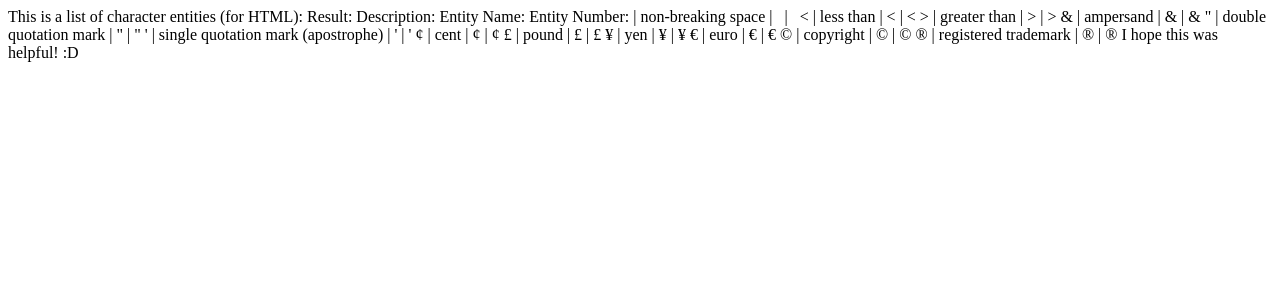
Repository: linas-dev/HTML-CSS-Projects
Page: Basic_HTML_and_CSS/Basic_HTML_5.html
These files come from the project's save history. The page is drawn as it stood at one moment and after the next save; the edit follows.
The browser window is 1280 px wide. The pictures show the whole page.

Above is the page before, as saved 2021-05-30 10:48:35.

### Basic_HTML_and_CSS/Basic_HTML_5.html
<!DOCTYPE html>
<html lang="en">
<head>
    <meta charset="UTF-8">
    <meta http-equiv="X-UA-Compatible" content="IE=edge">
    <meta name="viewport" content="width=device-width, initial-scale=1.0">
    <link rel="stylesheet" href="Basic_CSS_2.css">
    <title>Document</title>
</head>
<body>


    This is a list of character entities (for HTML):

Result:    Description:                         Entity Name:    Entity Number:
         | non-breaking space                 | &nbsp;        | &#160;
  <      | less than                          | &lt;          | &#60;
  >      | greater than                       | &gt;          | &#62;
  &      | ampersand                          | &amp;         | &#38;
  "      | double quotation mark              | &quot;        | &#34;
  '      | single quotation mark (apostrophe) | &apos;        | &#39;
  ¢      | cent                               | &cent;        | &#162;
  £      | pound                              | &pound;       | &#163;
  ¥      | yen                                | &yen;         | &#165;
  €      | euro                               | &euro;        | &#8364;
  ©      | copyright                          | &copy;        | &#169;
  ®      | registered trademark               | &reg;         | &#174;

I hope this was helpful! :D
</body>
</html>

### Basic_HTML_and_CSS/Basic_CSS_2.css
p {
    color: #2E5757;
    background: #F0DFEE;
    font-weight: bolder;
    text-align: right;
}

.table {
    border-collapse: collapse;
    margin: 25px 0;
    font-size: 0.9em;
    min-width: 400px;
}

.table thead tr {
    background-color: #009879;
    color: #fff;
    text-align: left;
    font-weight: bold;
}

.table th, .table td {
    padding: 7px 5px;
}

.table tbody tr {
    border-bottom: 1px solid #dddddd;
}

.hoveref:hover {
    background-color: #4F0444;
    color: white;
}

After the next save:
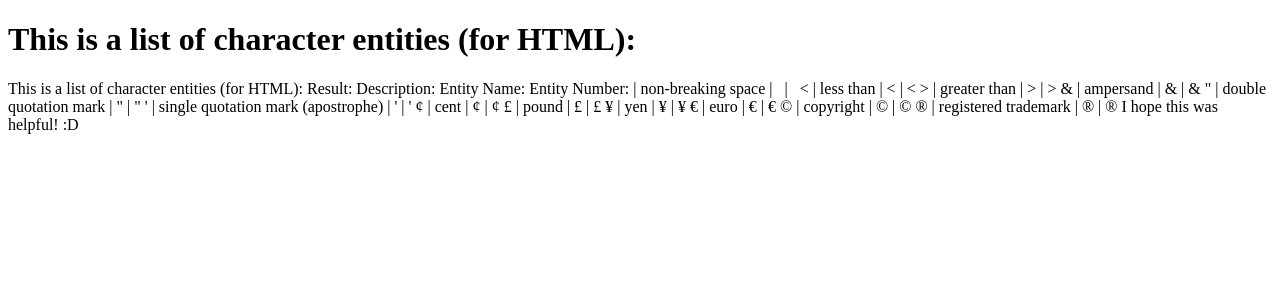
Saved 2 min 9 s later.
--- a/Basic_HTML_and_CSS/Basic_HTML_5.html
+++ b/Basic_HTML_and_CSS/Basic_HTML_5.html
@@ -8,6 +8,13 @@
     <title>Document</title>
 </head>
 <body>
+
+    <h1>This is a list of character entities (for HTML):</h1>
+
+
+
+
+
 
 
     This is a list of character entities (for HTML):
